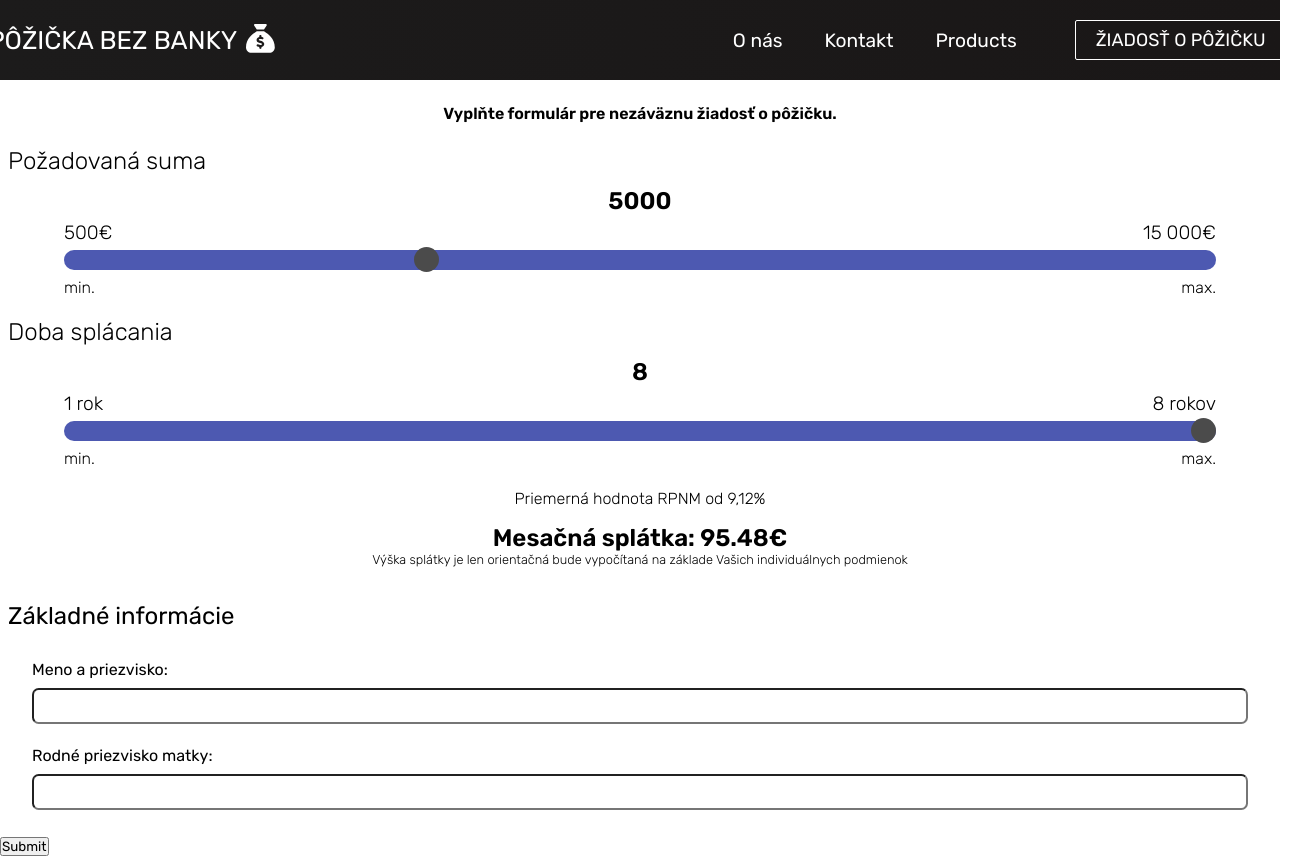
Repository: steve-lgtm/React-website-pozickabezbanky
Page: /ziadost
An editor plug-in stored every save of this project. The page is shown before and after the next save, followed by the edit.
The browser window is 1280 px wide. The page is 1305 px wide, so the pictures cover 1305 px, including what lies to the right of the window. The pictures show the whole page.
Some web libraries are served in a nearby version. The project was rebuilt for these pictures with package versions that can differ from the ones it lists, and the page was loaded fresh each time. Also part of the build but not shown: src/components/pages/Home.js, src/components/pages/Kontakt.js, src/components/pages/Products.js.

Above is the page before, as saved 2022-07-10 16:24:59.

### src/App.js
import React from 'react';
import Navbar from './components/Navbar';
import './App.css';
import Home from './components/pages/Home.js';
import { BrowserRouter as Router, Routes, Route } from 'react-router-dom';
import Kontakt from './components/pages/Kontakt';
import Products from './components/pages/Products';
import Ziadost from './components/pages/Ziadost';
import { library } from '@fortawesome/fontawesome-svg-core'
import { fas } from '@fortawesome/free-solid-svg-icons'


library.add(fas)


function App() {
  return (
      <Router>
        <Navbar />
        <Routes>
          <Route path='/' exact element={<Home />} />
          <Route path='/kontakt' element={<Kontakt/>} />
          <Route path='/products' element={<Products/>} />
          <Route path='/ziadost' element={<Ziadost/>} />
        </Routes>
      </Router>
  );
}

export default App;

### src/components/Navbar.js
import React, { useState, useEffect } from 'react';
import { Button } from './Button';
import { Link } from 'react-router-dom';
import './Navbar.css';
import { FontAwesomeIcon } from '@fortawesome/react-fontawesome';

function Navbar() {
  const [click, setClick] = useState(false);
  const [button, setButton] = useState(true);

  const handleClick = () => setClick(!click);
  const closeMobileMenu = () => setClick(false);

  const showButton = () => {
    if (window.innerWidth <= 1040) {
      setButton(false);
    } else {
      setButton(true);
    }
  };

  useEffect(() => {
    showButton();
  }, []);

  window.addEventListener('resize', showButton);

  return (
    <>
      <nav className='navbar'>
        <div className='navbar-container'>
          <Link to='/' className='navbar-logo' onClick={closeMobileMenu}>
            PÔŽIČKA BEZ BANKY
           {/* <FontAwesomeIcon icon="fa-solid fa-money-bill-1-wave" className='nav-icon'/> */}
           <FontAwesomeIcon icon="fa-solid fa-sack-dollar" className='nav-icon' />
          </Link>
          <div className='menu-icon' onClick={handleClick}>
            <i className={click ? 'fas fa-times' : 'fas fa-bars'} />
          </div>
          <ul className={click ? 'nav-menu active' : 'nav-menu'}>
            <li className='nav-item'>
              <Link to='/' className='nav-links' onClick={closeMobileMenu}>
                O nás
              </Link>
            </li>
            <li className='nav-item'>
              <Link
                to='/kontakt'
                className='nav-links'
                onClick={closeMobileMenu}
              >
                Kontakt
              </Link>
            </li>
            <li className='nav-item'>
              <Link
                to='/products'
                className='nav-links'
                onClick={closeMobileMenu}
              >
                Products
              </Link>
            </li>

            <li>
              <Link
                to='/ziadost'
                className='nav-links-mobile'
                onClick={closeMobileMenu}
              >
                ŽIADOSŤ O PÔŽIČKU
              </Link>
            </li>
          </ul>
          {button && <Button buttonStyle='btn--outline'>ŽIADOSŤ O PÔŽIČKU</Button>}
        </div>
      </nav>
    </>
  );
}

export default Navbar;

### src/App.css
@import url('https://fonts.googleapis.com/css2?family=Rubik:wght@300;400;600&display=swap');
* {
  box-sizing: border-box;
  margin: 0;
  padding: 0;
  font-family: 'Rubik', sans-serif;



}

.home,
.services,
.products,
.sign-up {
  display: flex;
  height: 89vh;
  align-items: center;
  justify-content: center;
  font-size: 3rem;
}

.services {
  background-color: blue;
  background-size: cover;
  background-repeat: no-repeat;
  color: rgb(0, 0, 0);
  font-size: 20px;
}

.products {
  background-color: blue;
  background-position: center;
  background-size: cover;
  background-repeat: no-repeat;
  color: #fff;
  font-size: 100 rem;
}

.sign-up {
  background-position: center;
  background-size: cover;
  background-repeat: no-repeat;
  color: rgb(0, 0, 0);
  font-size: 100px;
}
.home {
  background-position: center;
  background-size: cover;
  background-repeat: no-repeat;
  color: rgb(0, 0, 0);
  font-size: 100px;
}

### src/components/pages/Ziadost.js
import React from 'react';
import '../../App.css';
import './Ziadost.css'
import { useState } from 'react';
import { useFormik} from 'formik'

function PMT(ir, np, pv, fv, type) {

  //  * ir   - interest rate per month
  //  * np   - number of periods (months)
   // * pv   - present value
   // * fv   - future value
  //  * type - when the payments are due:
 //   *        0: end of the period, e.g. end of month (default)
  //  *        1: beginning of period

   var pmt, pvif;

   fv || (fv = 0);
   type || (type = 0);

   if (ir === 0)
       return -(pv + fv)/np;

   pvif = Math.pow(1 + ir, np);
   pmt = - ir * pv * (pvif + fv) / (pvif - 1);

   if (type === 1)
       pmt /= (1 + ir);


   return pmt;}

export default function Ziadost() {
  const [mounthAmount, setMounthAmount] = useState(95.48);
  const formik =  useFormik({
    initialValues: {
      amount: 5000,
      period: 8,
      name: '',
      surnameMom:''
    },
    onSubmit: values => {
      console.log('Form data',values)
    },
    validate: values => {
      let errors ={}

      if(!values.name) {
        errors.name = 'Requiered'
      }

      if(!values.surnameMom) {
        errors.name = 'Requiered'
      }

      return errors
    }
  });

 const changeAmount = (e) => {
  let urk_sdz = 0.1834;
  if(e.target.name==='amount'){
    let urk_sdz = 0.1834;
    if ( formik.values.period===1) urk_sdz = 0.3910;
    if ( formik.values.period>1 && formik.values.period<6 ) urk_sdz = 0.2098; //0.22;
    if ( formik.values.period>5 && formik.values.period<9 ) urk_sdz = 0.1834;
    let finalAmount = Math.round(PMT(Math.pow((1+urk_sdz),1/12)-1,(formik.values.period*12),-1*e.target.value)*100) /100;
  setMounthAmount(finalAmount)}

  if(e.target.name==='period'){
    if ( e.target.value===1) urk_sdz = 0.3910;
    if ( e.target.value>1 && e.target.value<6 ) urk_sdz = 0.2098; //0.22;
    if ( e.target.value>5 && e.target.value<9 ) urk_sdz = 0.1834;
    let finalAmount = Math.round(PMT(Math.pow((1+urk_sdz),1/12)-1,(e.target.value*12),-1*formik.values.amount)*100) /100;
    setMounthAmount(finalAmount)}
  };
  return (
    <>
      <h1 className='header-form'>
          Vyplňte formulár pre nezáväznu žiadosť o pôžičku.
        </h1>
      <form onSubmit={formik.handleSubmit}>
      <div className='container-form'>
        <div className='section-name'>Požadovaná suma</div>
            <h2>{formik.values.amount}</h2>
            <div className="containerslider">
                <div className="pullleft" style={{fontSize:"1.2rem"}}>
                    500€
                </div>
                <div className="pullright" style={{fontSize:"1.2rem"}}>
                    15 000€
                </div>
            <input type="range" name="amount" step="100" min="500" max="15000" onChange={(e) =>{formik.handleChange(e); changeAmount(e)}} value={formik.values.amount} className="slider" id="suma"/>
            <div className="pullleft" style={{fontSize: "1rem"}}>
                min.
            </div>
            <div className="pullright" style={{fontSize: "1rem"}}>
                max.
            </div>
            </div>

       <div className='section-name'>Doba splácania</div>
       <h2>{formik.values.period}</h2>
            <div className="containerslider">
                <div className="pullleft" style={{fontSize:"1.2rem"}}>
                    1 rok
                </div>
                <div className="pullright" style={{fontSize:"1.2rem"}}>
                    8 rokov
                </div>
            <input type="range" name="period" step="1" min="1" max="8" onChange={(e) => {formik.handleChange(e); changeAmount(e)}} value={formik.values.period} className="slider" id="doba"/>
            <div className="pullleft" style={{fontSize: "1rem"}}>
                min.
            </div>
            <div className="pullright" style={{fontSize: "1rem"}}>
                max.
            </div>
            </div>
            <div className="info">
        Priemerná hodnota RPNM od 9,12%
        </div>
        <h2> Mesačná splátka: {mounthAmount}€</h2>
        <div className="info2">
            Výška splátky je len orientačná bude vypočítaná na základe Vašich individuálnych podmienok
        </div>
            </div>
          <div className='personal-data'>
          <div className='section-name'>Základné informácie</div>
            <div className='personal-data-field'>
          <label htmlFor="name">Meno a priezvisko:</label>
      <input type="text" name="name" id="name" onChange={formik.handleChange} value={formik.values.name}/>
      </div>
      <div className='personal-data-field'>
      <label htmlFor="surnameMom">Rodné priezvisko matky:</label>
      <input type="text" name="surnameMom" id="surnameMom" onChange={formik.handleChange} value={formik.values.surnameMom}/>
            </div>
            </div>
            <button type='submit'>Submit</button>
      </form>

    </>
  );
}

### src/components/Button.js
// import React from 'react';
// import './Button.css';
// import { Link } from 'react-router-dom';

// export function Button() {
//   return (
//     <Link to='sign-up'>
//       <button className='btn'>Sign Up</button>
//     </Link>
//   );
// }

import React from 'react';
import './Button.css';
import { Link } from 'react-router-dom';

const STYLES = ['btn--primary', 'btn--outline', 'btn--test'];

const SIZES = ['btn--medium', 'btn--large'];

export const Button = ({
  children,
  type,
  onClick,
  buttonStyle,
  buttonSize
}) => {
  const checkButtonStyle = STYLES.includes(buttonStyle)
    ? buttonStyle
    : STYLES[0];

  const checkButtonSize = SIZES.includes(buttonSize) ? buttonSize : SIZES[0];

  return (
    <Link to='/ziadost' className='btn-mobile'>
      <button
        className={`btn ${checkButtonStyle} ${checkButtonSize}`}
        onClick={onClick}
        type={type}
      >
        {children}
      </button>
    </Link>
  );
};

### src/components/Navbar.css
.navbar {
    background: linear-gradient(90deg, rgb(28, 27, 27) 0%, rgb(26, 23, 23) 100%);
    height: 80px;
    display: flex;
    justify-content: center;
    align-items: center;
    font-size: 1.2rem;
    position: sticky;
    top: 0;
    z-index: 999;
    font-weight: 400;
    white-space: nowrap;
  }

  .navbar-container {
    display: flex;
    justify-content: center;
    align-items: center;
    height: 80px;
    max-width: 1500px;
  }

  .navbar-logo {
    color: #fff;
    justify-self: start;
    margin-left: 0.5em;
    cursor: pointer;
    text-decoration: none;
    font-size: 1.6rem;
    display: flex;
    align-items: center;

  }

  .nav-icon {
    margin-left: 0.3em;
    margin-bottom: 0.1em;
    font-size: 1.8rem;
  }

  .nav-menu {
    display: grid;
    grid-template-columns: repeat(4, auto);
    grid-gap: 10px;
    list-style: none;
    text-align: center;
    width: 60vw;
    justify-content: end;
    margin-right: 2rem;
  }

  .nav-item {
    height: 3.5em;
  }

  .nav-links {
    color: #fff;
    display: flex;
    align-items: center;
    text-decoration: none;
    padding: 0.5rem 1rem;
    height: 100%;
  }

  .nav-links:hover {
    border-bottom: 4px solid #fff;
    transition: all 0.2s ease-out;
  }

  .fa-bars {
    color: rgb(255, 255, 255);
  }

  .nav-links-mobile {
    display: none;
  }

  .menu-icon {
    display: none;
  }

  @media screen and (max-width: 1040px) {
    .NavbarItems {
      position: relative;
    }

    .nav-menu {
      display: flex;
      flex-direction: column;
      justify-content: flex-start;
      width: 100%;
      height: 100vh;
      position: absolute;
      top: 80px;
      left: -100%;
      opacity: 1;
      transition: all 0.5s ease;
    }

    .nav-menu.active {
      background: #242222;
      left: 0;
      opacity: 1;
      transition: all 0.5s ease;
      z-index: 1;
    }

    .nav-links {
      font-size: 1.5rem;
      text-align: center;
      padding: 2rem;
      width: 100%;
      display: table;
    }

    .nav-links:hover {
      background-color: #fff;
      color: #242424;
      border-radius: 0;
    }

    .navbar-logo {
      float: left;}

    .navbar {
      justify-content: flex-start;
    }
    .navbar-container {
      float: left;
    }
    .menu-icon {
      display: block;
      position: absolute;
      top: 0;
      right: 0;
      transform: translate(-100%, 60%);
      font-size: 1.8rem;
      cursor: pointer;
    }

    .fa-times {
      color: #fff;
      font-size: 2rem;
    }

    .nav-links-mobile {
      display: block;
      text-align: center;
      margin: 2rem auto;
      border-radius: 4px;
      width: 80%;
      text-decoration: none;
      font-size: 1.5rem;
      background-color: transparent;
      color: #fff;
      padding: 14px 20px;
      border: 1px solid #fff;
      transition: all 0.3s ease-out;
    }

    .nav-links-mobile:hover {
      background: #fff;
      color: #242424;
      transition: 250ms;
    }
  }

### src/components/pages/Ziadost.css

.container-form {
margin: 0.5em;
display: flex;
flex-direction: column;
align-items: center;
font-weight: 300;
}
.pullleft{
    margin-top:0.3em;
    margin-bottom: 0.3em;
    float: left;

}
.pullright{
    margin-top:0.3em;
    margin-bottom: 0.3em;
    float: right;
}

.containerslider {
    width: 90vw;
    margin-bottom: 1em;
}
.header-form {
    text-align: center;
    font-size: 1rem;
    padding: 1em;
    padding-top: 1.5em;
}
.info{
    font-size: 1rem;
    color:black;
    text-align: center;
    margin-bottom: 1em;
}
.info2{
    font-size: 0.8rem;
    color:black;
    text-align: center;
    margin-bottom: 1em;
}
.slider {
    -webkit-appearance: none;
    width: 100%;
    height: 20px;
    background: #021391;
    outline: none;
    opacity: 0.7;
    -webkit-transition: .2s;
    transition: opacity .2s;
    border-radius: 1em;

  }
.section-name {
    align-self: flex-start;
    font-size: 1.5em;
    margin-bottom: 0.5em;
}

  .slider::-webkit-slider-thumb {
    -webkit-appearance: none;
    appearance: none;
    width: 25px;
    height: 25px;
    background: #000000;
    cursor: pointer;
    border-radius: 40px;
  }

  .slider::-moz-range-thumb {
    width: 25px;
    height: 25px;
    background: #000000;
    cursor: pointer;
  }
.arrow{
    width: 70px;
    margin-bottom: -1em;
}

.personal-data{
    display: flex;
    flex-direction: column;
    justify-content:space-evenly;
    height: 15em;
    margin: 0.5em;
}
.personal-data-field{
    display: flex;
    flex-direction: column;
    justify-content:space-around;
    height: 10vh;
    margin: 0 1.5em;
}
input[type=text] {
    border-radius: 0.5em;
    height: 5vh;
}

### src/components/Button.css
:root {
  --primary: #fff;
}

.btn {
  padding: 8px 20px;
  border-radius: 2px;
  outline: none;
  border: none;
  cursor: pointer;
}

.btn--primary {
  background-color: var(--primary);
  color: #242424;
  border: 1px solid var(--primary);
}

.btn--outline {
  background-color: transparent;
  color: #fff;
  padding: 8px 20px;
  border: 1px solid var(--primary);
  transition: all 0.3s ease-out;
}

.btn--medium {
  margin-right: 1em;
  padding: 8px 20px;
  font-size: 18px;
}

.btn--large {
  padding: 12px 26px;
  font-size: 20px;
}

.btn--large:hover,
.btn--medium:hover {
  transition: all 0.3s ease-out;
  background: #fff;
  color: #242424;
  transition: 250ms;
}

Loaded but not shown: public/index.html (common file); src/index.js (common file); src/index.css (common file)

After the next save:
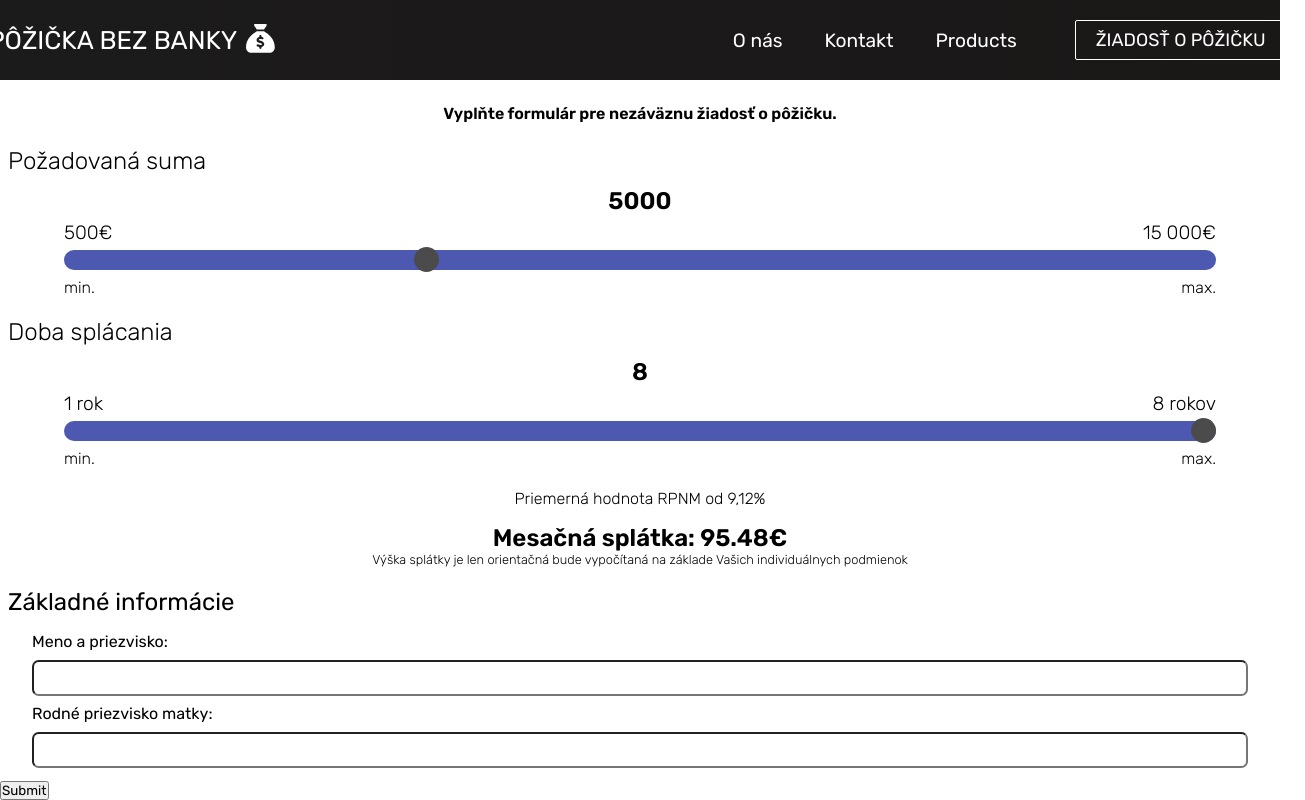
Saved 2 min 28 s later.
--- a/src/components/pages/Ziadost.css
+++ b/src/components/pages/Ziadost.css
@@ -83,7 +83,6 @@
     display: flex;
     flex-direction: column;
     justify-content:space-evenly;
-    height: 15em;
     margin: 0.5em;
 }
 .personal-data-field{

After the save that followed:
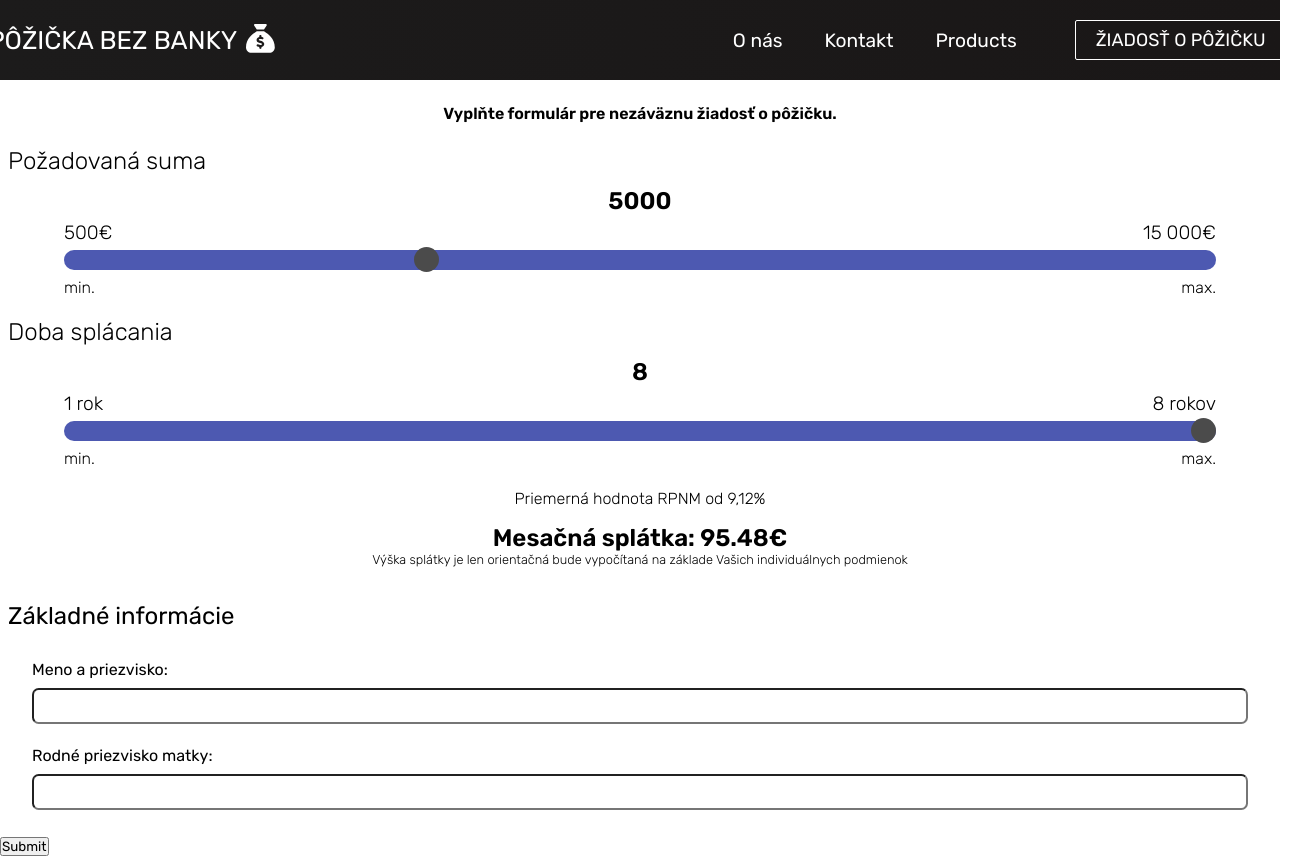
Saved 52 s later.
--- a/src/components/pages/Ziadost.css
+++ b/src/components/pages/Ziadost.css
@@ -83,6 +83,7 @@
     display: flex;
     flex-direction: column;
     justify-content:space-evenly;
+    height: 15em;
     margin: 0.5em;
 }
 .personal-data-field{
